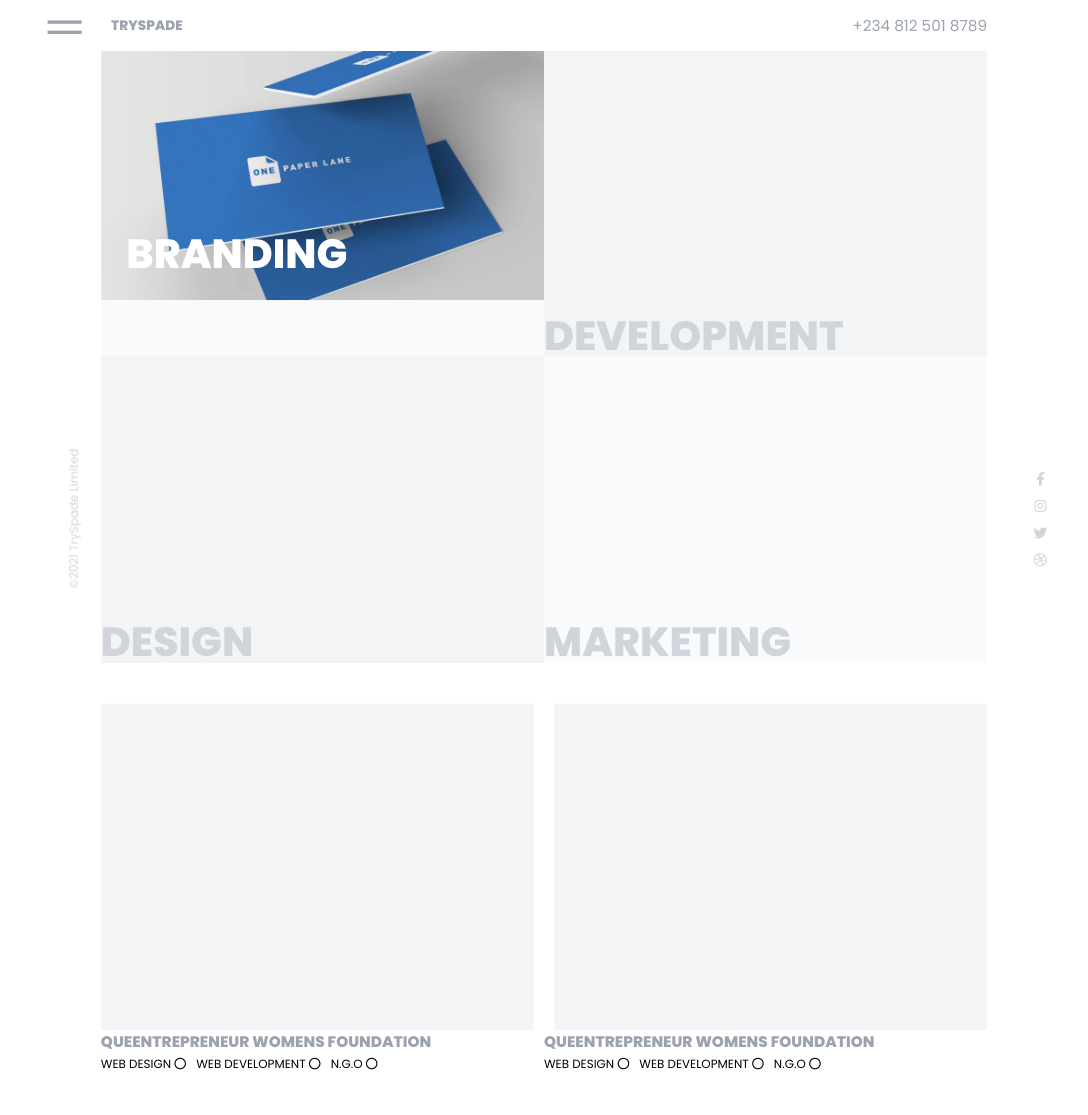
Repository: latenightsnacc/super-octo-fortnight
Page: new.html
An editor plug-in stored every save of this project. The page is shown before and after the next save, followed by the edit.
The browser window is 1280 px wide. The pictures show the whole page, at 85% of full size.
Some web libraries are served in a nearby version.

Above is the page before, as saved 2021-03-01 17:00:19.

After the next save:
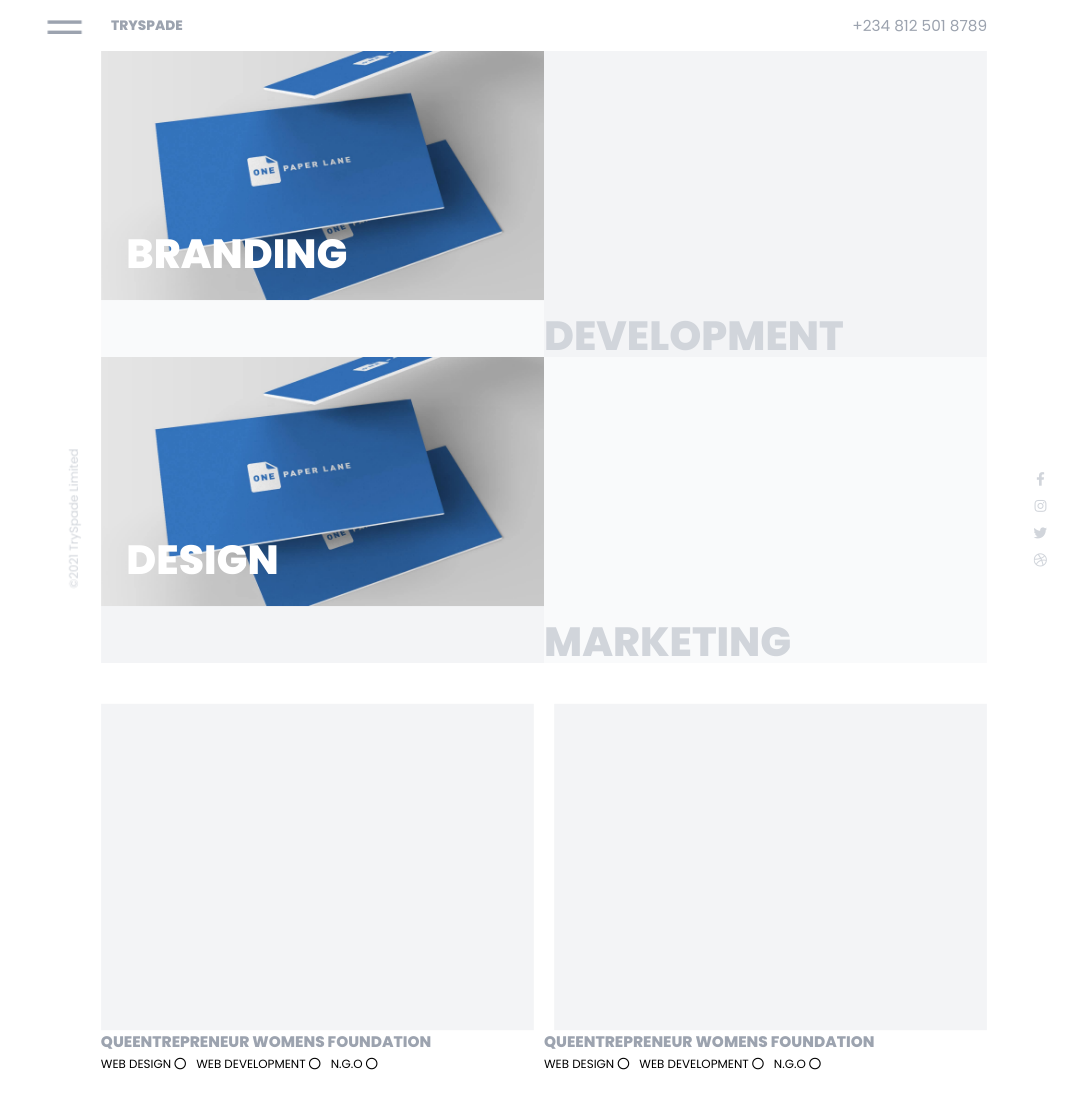
Saved 12 min 30 s later.
--- a/new.html
+++ b/new.html
@@ -76,9 +76,17 @@
 
                         </div>
                         <div class="bg-gray-100 h-50 group hover:shadow-2xl hover:shadow-inner">
-                            <div class="flex h-full items-end">
-                                <div class="uppercase text-2xl md:text-5xl text-gray-300 font-bold group-hover:text-gray-700">design</div>
-                            </div>
+                            <a href="#">
+                                <div class="uk-inline">
+                                    <img src="assets/Images/Portfolio Images/branding-agency-nyc-opl.jpg" alt="">
+                                    <div class="uk-overlay uk-light uk-position-bottom">
+                                        <div class="flex h-full items-end">
+                                            <div class="uppercase text-2xl md:text-5xl text-white font-bold group-hover:text-gray-700">design</div>
+                                        </div>
+                                    </div>
+                                </div>
+
+                            </a>
                         </div>
                         </div>
                         <div class="ww-full md:w-1/2 flex flex-col">
